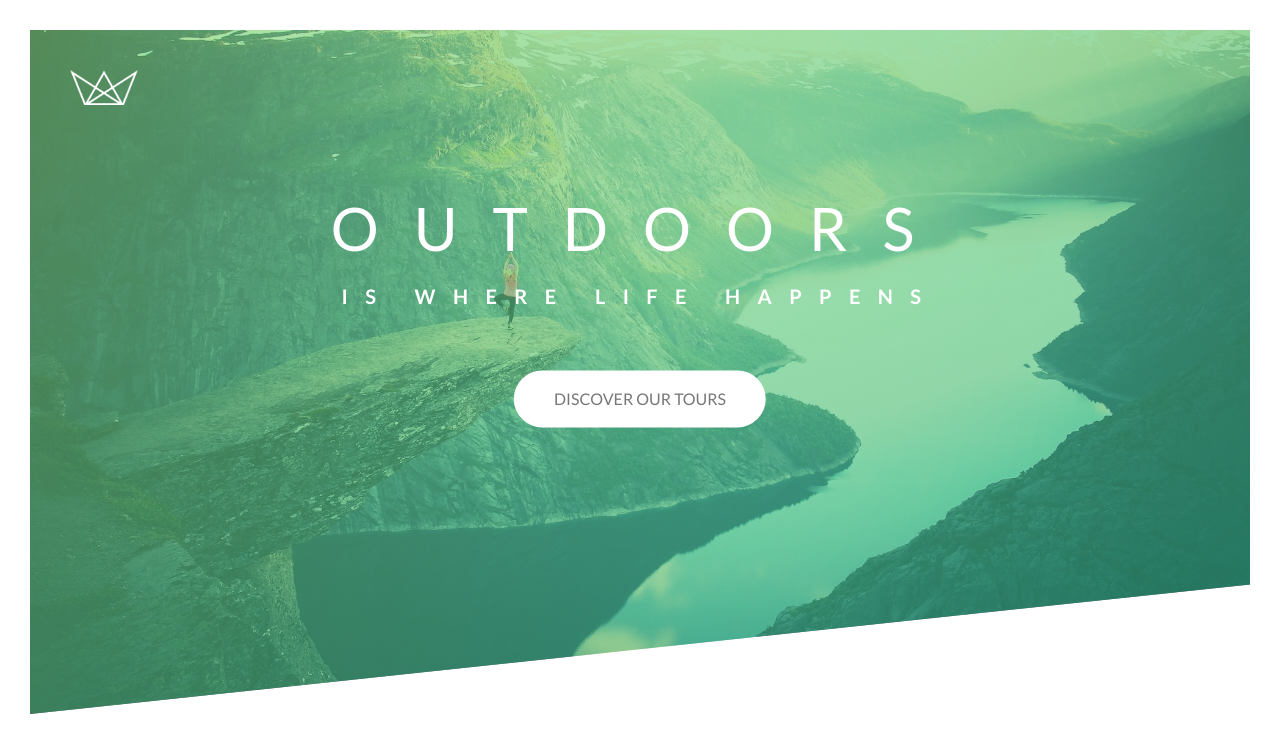
Repository: mukiSabljakovic/NatoursV1
Page: index.html
An editor plug-in stored every save of this project. The page is shown before and after the next save, followed by the edit.
The browser window is 1280 px wide. The pictures show the whole page.
The pointer rests on the first visible `.btn`.
Some web libraries are served in a nearby version.

Above is the page before, as saved 2020-05-11 16:17:48.

### index.html
<!DOCTYPE html>
<html lang="en">
    <head>
        <meta charset="UTF-8">
        <meta name="viewport" content="width=device-width, initial-scale=1.0">

        <link href="https://fonts.googleapis.com/css?family=Lato:100,300,400,700,900" rel="stylesheet">

        <link rel="stylesheet" href="https://use.fontawesome.com/releases/v5.13.0/css/all.css" integrity="sha384-Bfad6CLCknfcloXFOyFnlgtENryhrpZCe29RTifKEixXQZ38WheV+i/6YWSzkz3V" crossorigin="anonymous">
        <link rel="stylesheet" href="style.css">
        <link rel="stylesheet" href="css/style.css">
        <link rel="shortcut icon" type="image/png" href="img/favicon.png">

        <title>Natours | Exciting tours for adventurous people</title>
    </head>
    <body>
       <header class="header">
           <div class="logo-box">
               <img class="logo" src="img/logo-white.png" alt="Natours Logo">
           </div>

           <div class="text-box">
               <h1 class="heading-primary">
                   <span class="heading-primary-main">Outdoors</span>
                   <span class="heading-primary-sub">is where life happens</span>
               </h1>
               <a href="#" class="btn btn-white">Discover our tours</a>
           </div>

       </header>

    </body>
</html>

### css/style.css
@import url('https://fonts.googleapis.com/css2?family=Lato:wght@300;400;900&display=swap');

/*
COLORS:

Light green: #7ed56f
Medium green: #55c57a
Dark green: #28b485

*/

/* Basic Reset */


* {
    margin: 0;
    padding: 0;
    box-sizing: border-box;
}

body {
    font-family: 'Lato', sans-serif;
    font-weight: 400;
    font-size: 16px;
    line-height: 1.7;
    color: #777;
    padding: 1.875rem;
}

.header {
    height: 95vh;
    background-image: linear-gradient(
        to right bottom,
        rgba(126, 213, 111, .6),
        rgba(40, 180, 133, .6)),
        url(../img/hero.jpg);
    background-size: cover;
    background-position: top;

    clip-path: polygon(0 0, 100% 0, 100% 77vh, 0 100%);
    position: relative;
}

.logo-box {
    position: absolute;
    top: 40px;
    left: 40px;
}

.logo {
    height: 35px;
}

.text-box {
    position: absolute;
    top: 40%;
    left: 50%;
    transform: translate(-50%, -50%);
    text-align: center;
}

.heading-primary {
    color: #fff;
    text-transform: uppercase;

    /* Fix animation shaking */
    backface-visibility: hidden;
    margin-bottom: 60px;
}

.heading-primary-main {
    display: block;
    font-size: 3.75rem;
    font-weight: 400;
    letter-spacing: 2.1875rem;

    animation-name: moveInLeft;
    animation-duration: 1s;
    animation-timing-function: ease-out;
}

.heading-primary-sub {
    display: block;
    font-size: 1.25rem;
    font-weight: 700;
    letter-spacing: 1.0875rem;

    animation: moveInRight 1s ease-out;
}

@keyframes moveInLeft {
    0% {
        opacity: 0;
        transform: translateX(-100%);
    }

    80% {
        transform: translateX(10px);
    }

    100% {
        opacity: 1;
        trannsform: translate(0);
    }
}

@keyframes moveInRight {
    0% {
        opacity: 0;
        transform: translateX(100%);
    }

    80% {
        transform: translateX(-10px);
    }

    100% {
        opacity: 1;
        transform: translate(0);
    }
}

.btn:link,
.btn:visited {
    text-transform: uppercase;
    text-decoration: none;
    padding: 15px 40px;
    display: inline-block;
    border-radius: 100px;
    transition: all .2s;
}

.btn:hover {
    transform: translateY(-3px);
}

.btn:active {
    transform: translateY(-1px);
}

.btn-white {
    background-color: #fff;
    color: #777;
}

After the next save:
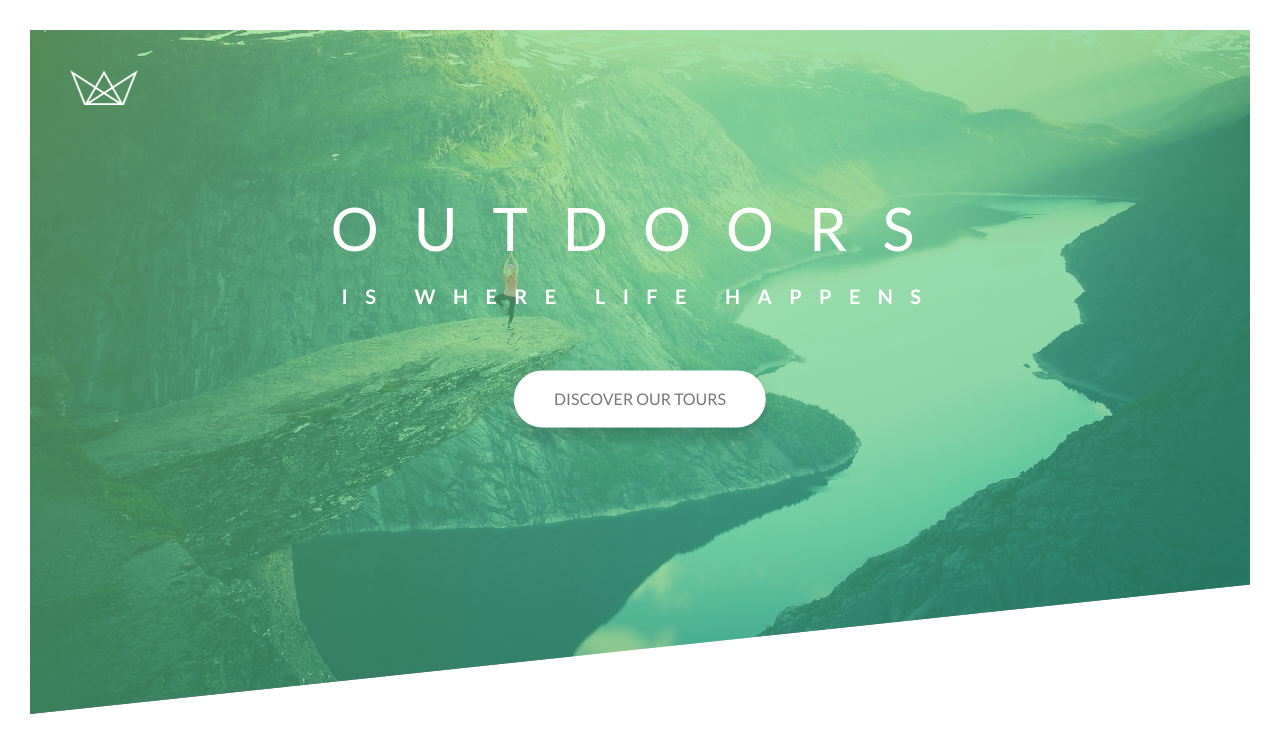
Saved 27 s later.
--- a/css/style.css
+++ b/css/style.css
@@ -132,6 +132,7 @@ body {
 
 .btn:hover {
     transform: translateY(-3px);
+    box-shadow: 0 10px 20px rgba(0, 0, 0, .2);
 }
 
 .btn:active {
